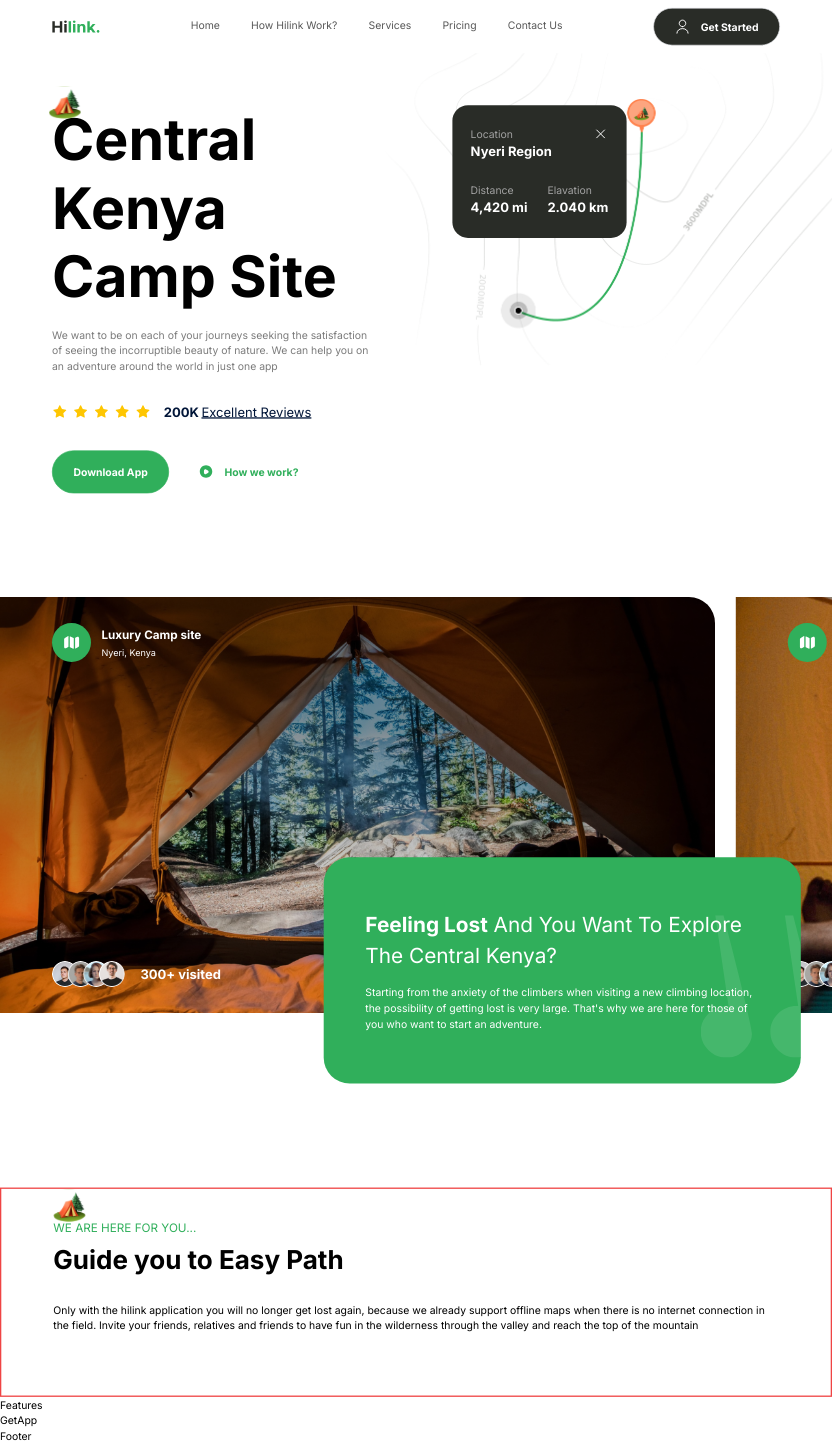
Repository: martin-raphael/travel_agency
Page: /
An editor plug-in stored every save of this project. The page is shown before and after the next save, followed by the edit.
The browser window is 1280 px wide. The pictures show the whole page, at 65% of full size.
The project was rebuilt for these pictures with package versions that can differ from the ones it lists, and the page was loaded fresh each time. The framework's server and built-in components were replaced by stand-ins that run in the browser. Also part of the build but not shown: next.config.mjs.

Above is the page before, as saved 2024-08-08 23:53:32.

After the next save:
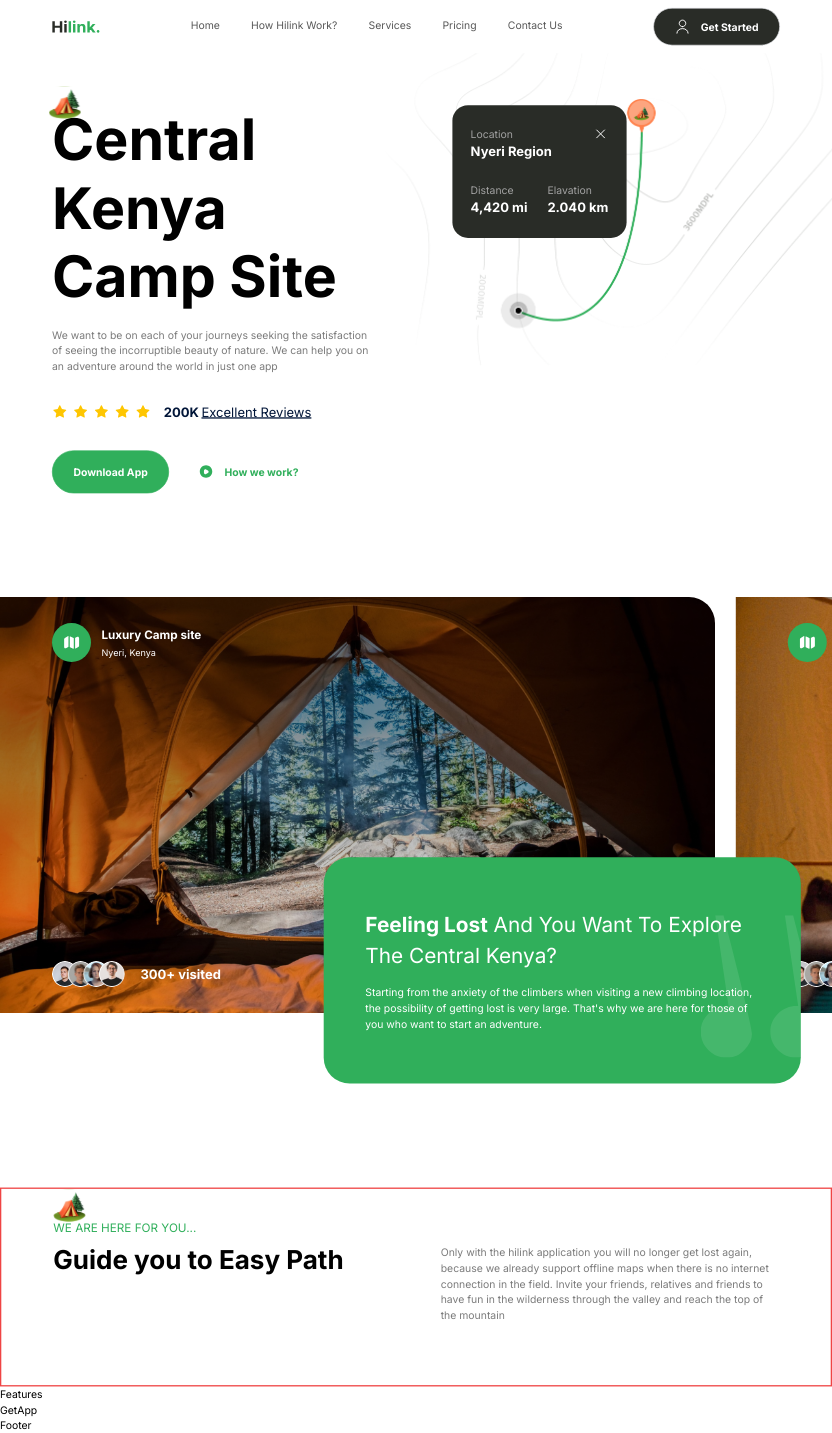
Saved 52 s later.
--- a/components/Guide.tsx
+++ b/components/Guide.tsx
@@ -13,7 +13,7 @@ const Guide = () => {
           <h2 className="bold-40 lg:bold-60 xl:mx-w-[390px]">
             Guide you to Easy Path
           </h2>
-          <p>
+          <p className="regular-16 text-gray-30 xl:max-w-[520px]">
             Only with the hilink application you will no longer get lost again,
             because we already support offline maps when there is no internet
             connection in the field. Invite your friends, relatives and friends
